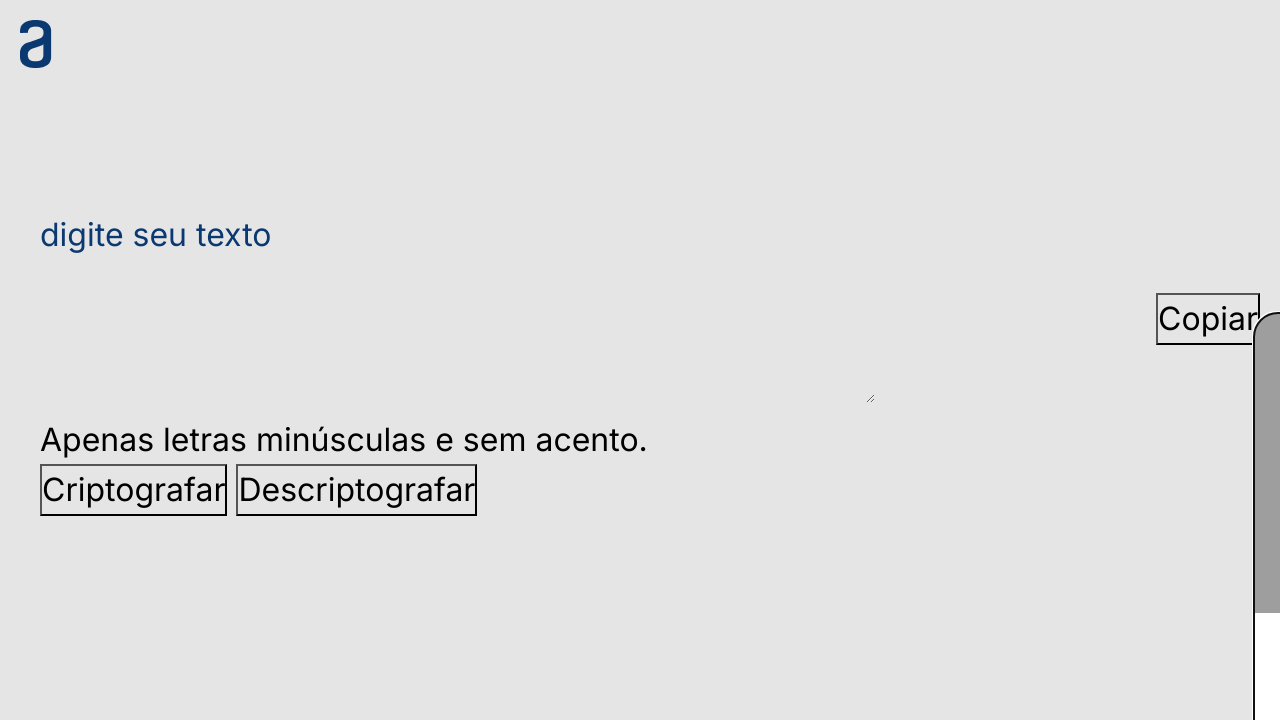
Repository: guilhermecardoso93/decodificador-texto
Page: index.html
An editor plug-in stored every save of this project. The page is shown before and after the next save, followed by the edit.
The browser window is 1280 px wide. The pictures show the whole page.
The first visible `.mensagem` has the focus.
Pictures or frames that could not be fetched are drawn as grey boxes.

Above is the page before, as saved 2024-02-28 19:20:37.

### index.html
<!DOCTYPE html>
<html lang="pt-BR">
  <head>
    <meta charset="UTF-8" />
    <meta name="viewport" content="width=device-width, initial-scale=1.0" />
    <link rel="preconnect" href="https://fonts.googleapis.com" />
    <link rel="preconnect" href="https://fonts.gstatic.com" crossorigin />
    <link
      href="https://fonts.googleapis.com/css2?family=Inter:wght@400;500;600;700&display=swap"
      rel="stylesheet"
    />
    <link rel="stylesheet" href="style.css" />
    <title>Desafio - Encriptador</title>
  </head>
  <body>
    <header>
      <img src="./assets/logo.png" alt="Logo Alura" class="'logo-alura" />
    </header>

    <main>
      <section>
        <textarea
          class="text-area"
          cols="41"
          rows="4"
          placeholder="Digite seu texto"
        ></textarea>
        <div class="informaçao">
          <h6>Apenas letras minúsculas e sem acento.</h6>
        </div>
        <div class="botoes">
          <button class="btn-encriptor">Criptografar</button>
          <button class="btn-descriptor">Descriptografar</button>
        </div>
      </section>

      <section>
        <textarea class="mensagem" cols="20" rows="10"></textarea>
        <button class="btn-copiar">Copiar</button>
      </section>
    </main>
  </body>
</html>

### style.css
* {
  margin: 0;
  padding: 0;
  box-sizing: border-box;
  background-color: #e5e5e5;
  font-family: "Inter", sans-serif;
  font-weight: 400;
  font-size: 32px;
  line-height: 150%;
}

.logo-alura {
  margi-left: 10px;
  padding-top: 10px;
  width: 2%;
}

header {
  padding: 20px;
}

main {
  display: flex;
  align-items: center;
  justify-content: space-between;
  margin-left: 20px;
  padding: 20px;
}

.text-area {
  border: none;
  color: #0a3871;
  text-transform: lowercase;
  margin-top: 90px;
}

::placeholder {
  color: #0a3871;
}

.text-area:focus {
  outline: none;
}

.mensagem {
  background-color: white;
  background-image: url('/assets/boneco.png');
  background-repeat: no-repeat;
  border: none;
  border-radius: 24px;
  color: #0a3871;
  margin-left: 98px;
  margin-top: 20px;
  padding-left: 20px;
  position: fixed;
}

After the next save:
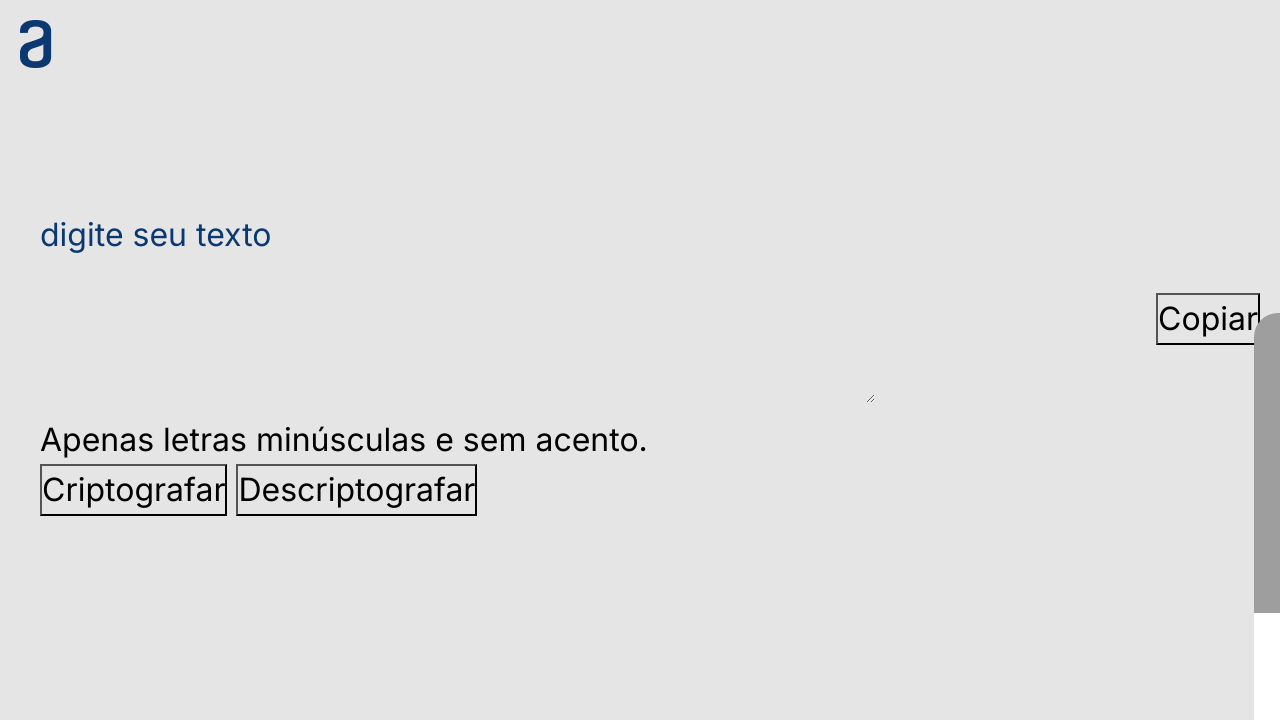
Saved 33 s later.
--- a/style.css
+++ b/style.css
@@ -54,3 +54,7 @@ main {
   padding-left: 20px;
   position: fixed;
 }
+
+.mensagem:focus {
+  outline: none;
+}
